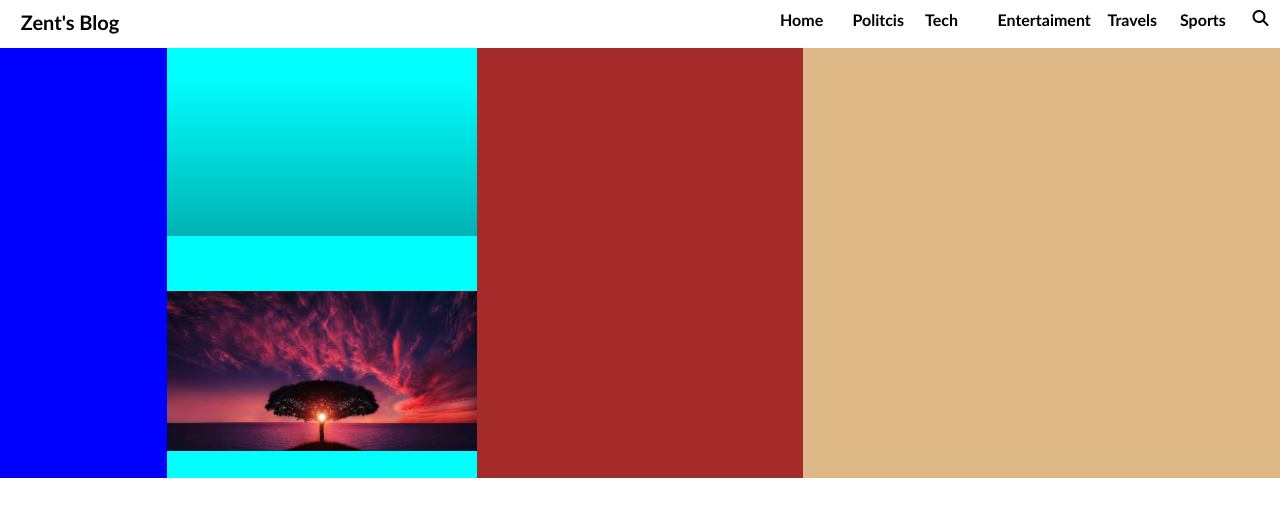
Repository: giacatdat2k5/html3
Page: html3.vs/7.1.html
The author's editor kept a copy of each file at every save. The page is drawn from the files as they stood at one save, then again after the next save.
The browser window is 1280 px wide. The pictures show the whole page.

Above is the page before, as saved 2023-09-27 13:39:26.

After the next save:
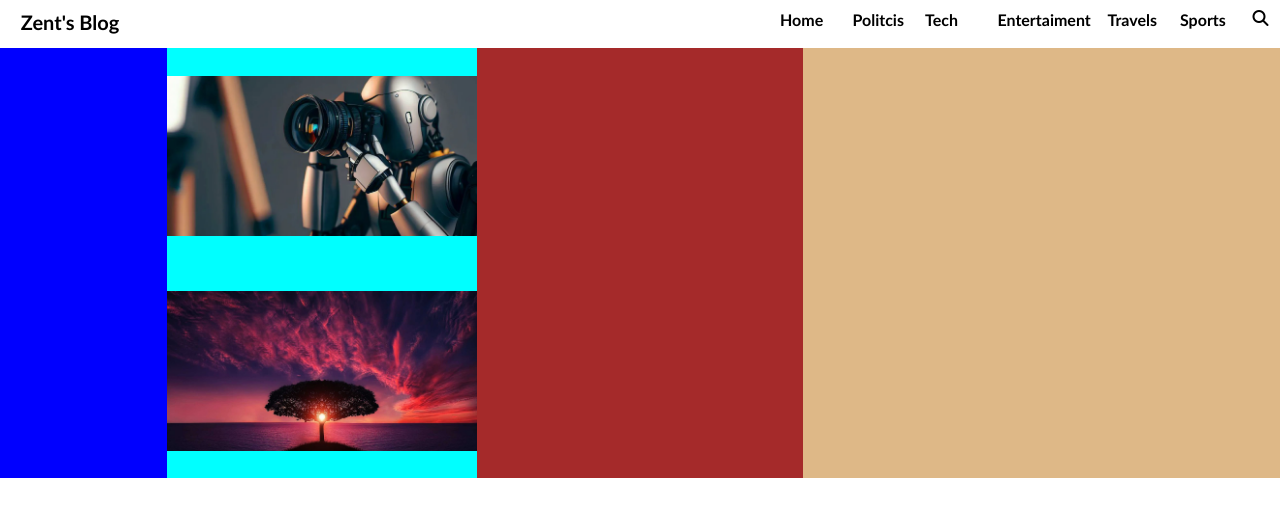
Saved 33 s later.
--- a/html3.vs/7.1.css
+++ b/html3.vs/7.1.css
@@ -69,8 +69,9 @@
     background-size: cover;
     width: 100%;
     height: 160px;
+}
+.image1::before{
     background: linear-gradient(to bottom, transparent, rgba(0, 0, 0, 0.3));
-
 }
 .iamge2{
     background-image: url('anh2.jpeg');

After the 3 saves that followed:
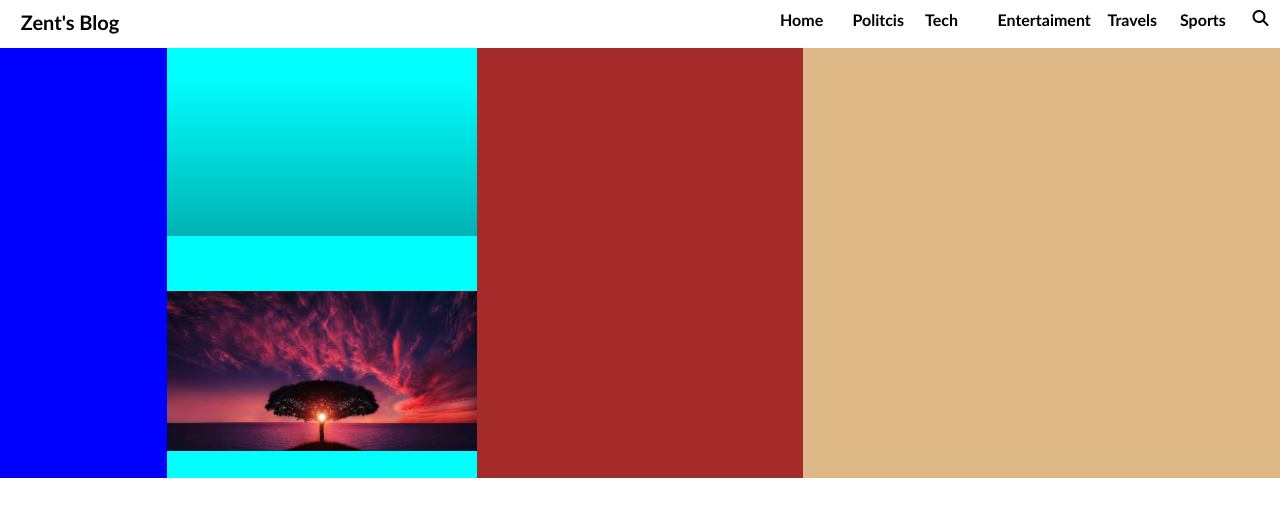
The 3 saves are shown as one change because 2 left the picture as it was.
The last was saved 60 s later.
--- a/html3.vs/7.1.css
+++ b/html3.vs/7.1.css
@@ -65,13 +65,13 @@
     align-items: center;
 }
 .iamge1{
+    width: 100%;
+    height: 160px;
+    background: linear-gradient(to bottom, transparent, rgba(0, 0, 0, 0.3));
+}
+.image1:before{
     background-image: url('anh1.webp');
     background-size: cover;
-    width: 100%;
-    height: 160px;
-}
-.image1::before{
-    background: linear-gradient(to bottom, transparent, rgba(0, 0, 0, 0.3));
 }
 .iamge2{
     background-image: url('anh2.jpeg');
